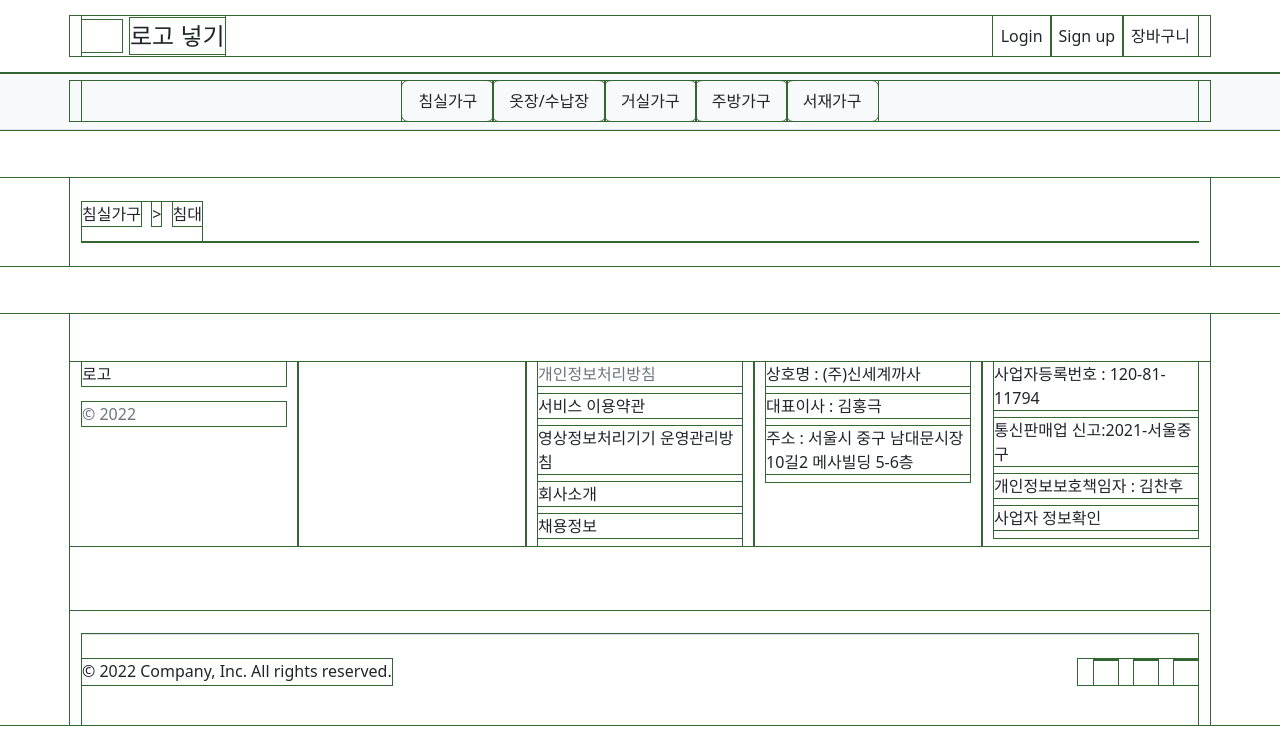
Repository: raoniee/Elice-House-Project
Page: FE/views/pages/main/item-list.html
The author's editor kept a copy of each file at every save. The page is drawn from the files as they stood at one save, then again after the next save.
The browser window is 1280 px wide. The pictures show the whole page.

Above is the page before, as saved 2023-07-06 13:27:50.

After the next save:
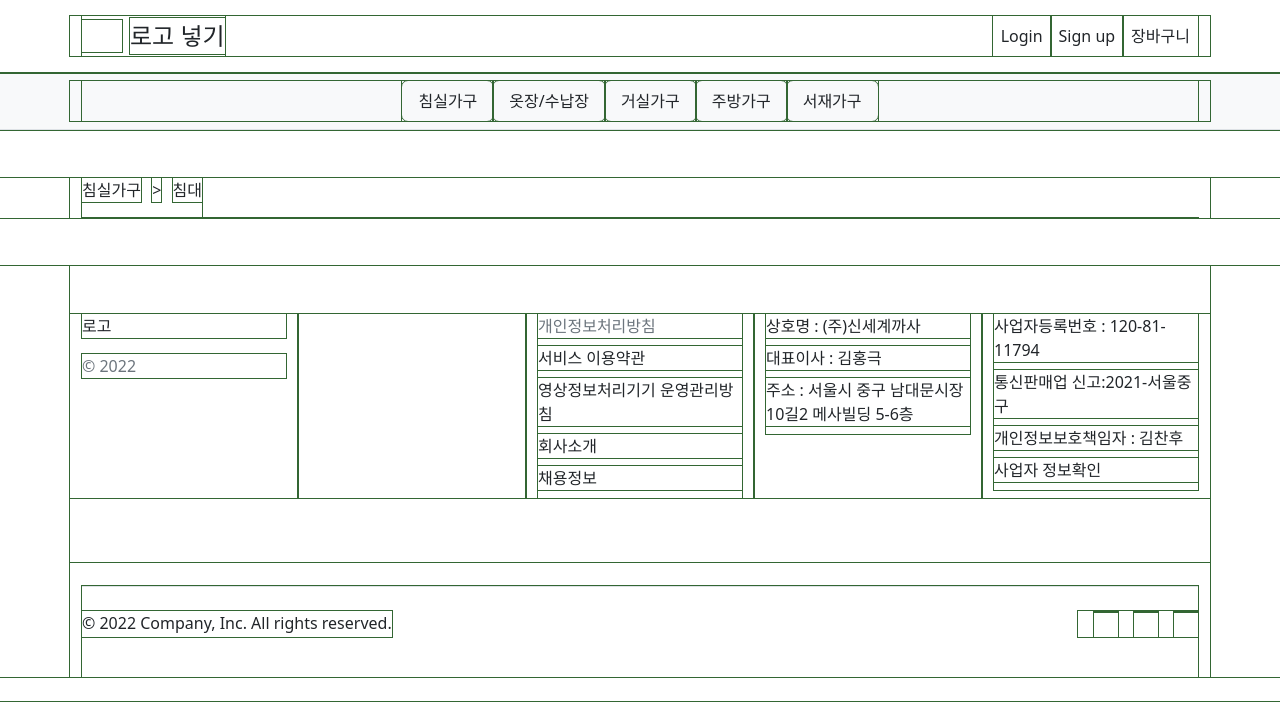
Saved 31 s later.
--- a/FE/views/pages/main/item-list.html
+++ b/FE/views/pages/main/item-list.html
@@ -34,7 +34,7 @@
     </header>
 
     <main>
-      <div class="container my-5 py-4">
+      <div class="container my-5">
         <div
           class="menu_bar d-flex justify-content-between"
           style="width: 120px"
